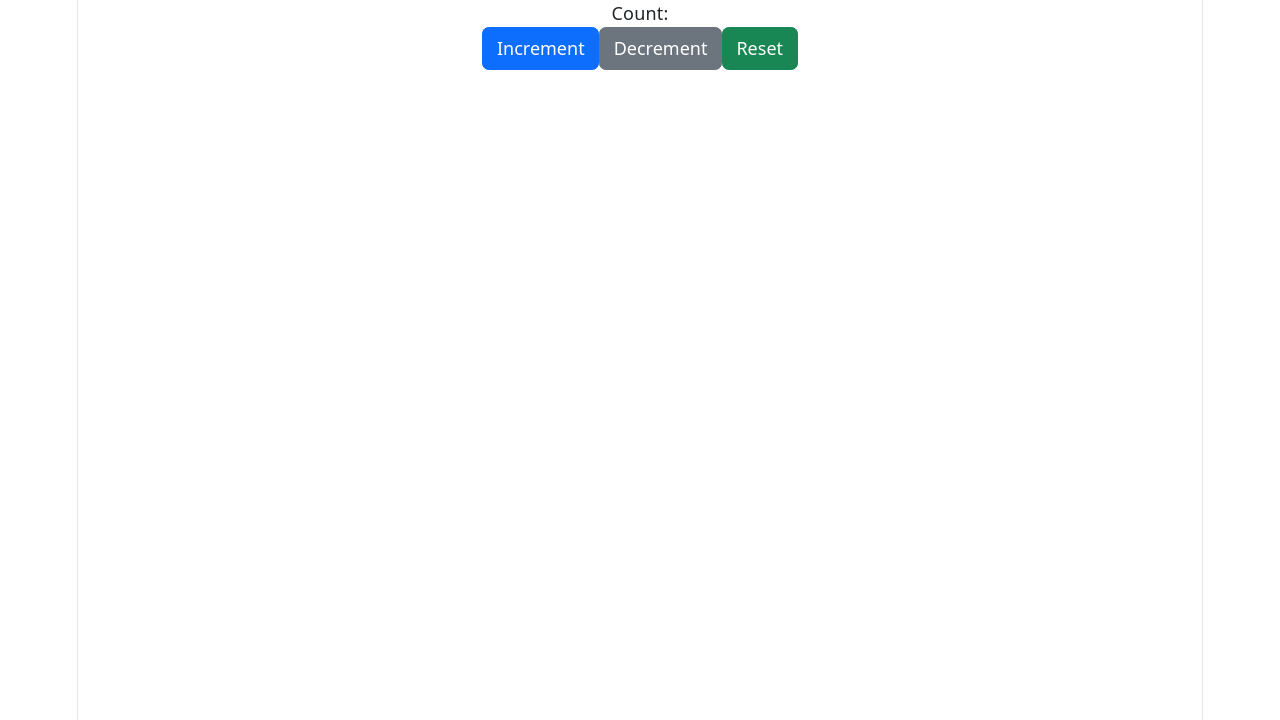
Repository: Sydwell1/ReactCourse
Page: / (app in Chapter8/react-hooks-chapter8-start/)
The author's editor kept a copy of each file at every save. The page is drawn from the files as they stood at one save, then again after the next save.
The browser window is 1280 px wide. The pictures show the whole page.
The project was rebuilt for these pictures with package versions that can differ from the ones it lists, and the page was loaded fresh each time. Also part of the build but not shown: Chapter8/react-hooks-chapter8-start/vite.config.js.

Above is the page before, as saved 2026-11-24 15:49:04.

After the next save:
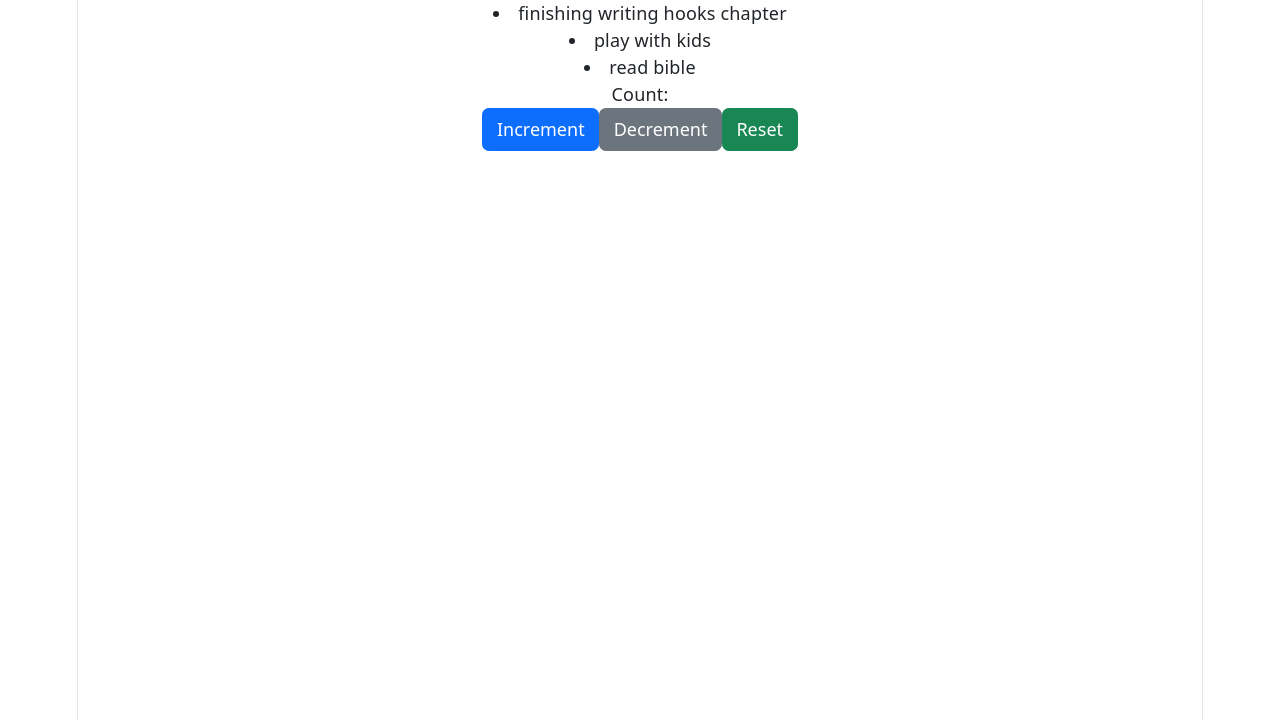
Saved 46 s later.
--- a/Chapter8/react-hooks-chapter8-start/src/App.jsx
+++ b/Chapter8/react-hooks-chapter8-start/src/App.jsx
@@ -44,9 +44,9 @@ function App() {
 
   return (
     <>
-      <TodosContext.Provider
-        value={{ state, dispatch }}
-      ></TodosContext.Provider>
+      <TodosContext.Provider value={{ state, dispatch }}>
+        <ToDoList />
+      </TodosContext.Provider>
 
       <div>
         Count: {state.count}
